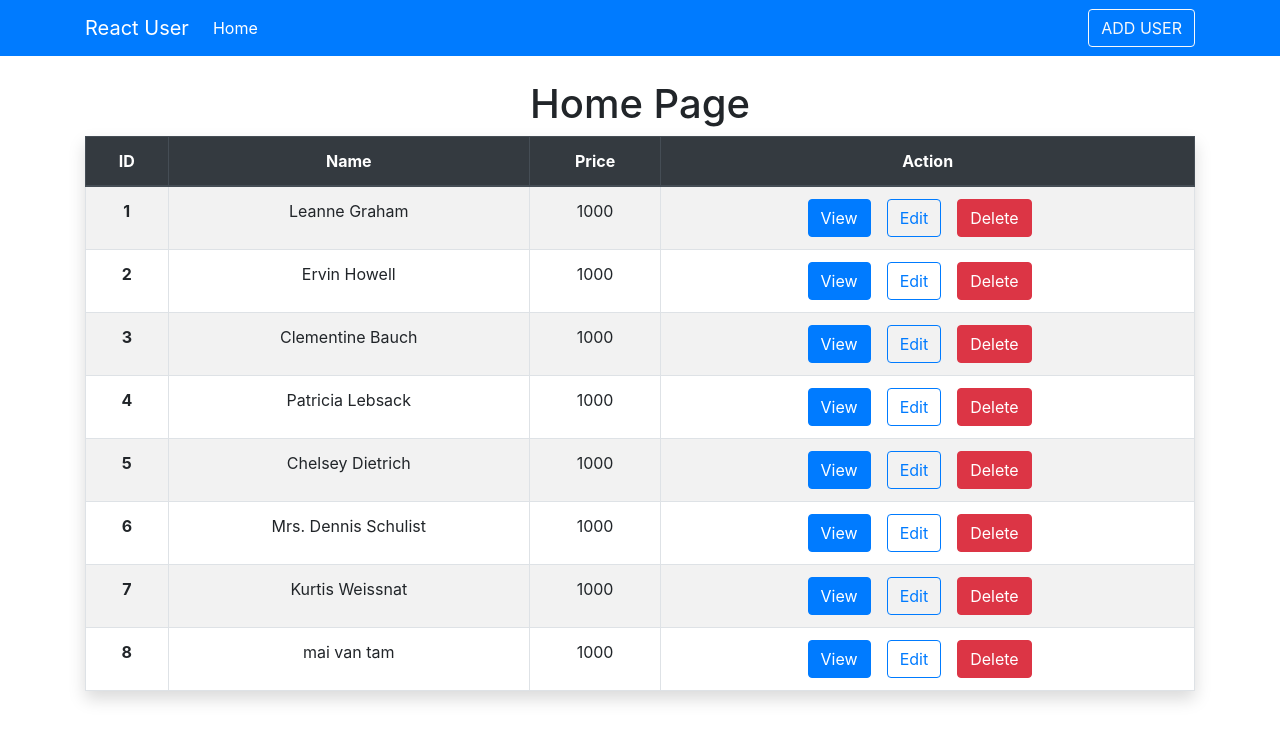
Repository: tammv/crud_product
Page: /
An editor plug-in stored every save of this project. The page is shown before and after the next save, followed by the edit.
The browser window is 1280 px wide. The pictures show the whole page.
The page's requests for data from a server got no answer. The project was rebuilt for these pictures with package versions that can differ from the ones it lists, and the page was loaded fresh each time. No one was signed in, and anything a server would have sent is missing. Requests to the local data server were answered from the project's data file. Also part of the build but not shown: src/index.css, src/components/pages/NotFound.js, src/components/users/AddUser.js, src/components/users/UpdateUser.js, src/components/users/User.js.

Above is the page before, as saved 2023-07-09 22:13:46.

### src/App.js
import "./App.css";
import React from "react";
import "../node_modules/bootstrap/dist/css/bootstrap.css";
import Home from "./components/pages/Home";
import Navbar from "./components/layout/Navbar";
import { BrowserRouter as Router, Route, Routes } from "react-router-dom";
import NotFound from "./components/pages/NotFound";
import AddUser from "./components/users/AddUser";
import UpdateUser from "./components/users/UpdateUser";
import User from "./components/users/User";

function App(props) {
  return (
    <Router>
      <div className="App">
        <Navbar />

        <Routes>
          <Route exact path="/" element={<Home />} />
          <Route exact path="/users/add" element={<AddUser />} />
          <Route exact path="/users/update/:id" element={<UpdateUser />} />
          <Route exact path="/users/:id" element={<User />}></Route>
          <Route component={NotFound} />
        </Routes>
      </div>
    </Router>
  );
}
export default App;

### src/components/pages/Home.js
import React, { useState, useEffect } from "react";
import axios from "axios";
import { Link } from "react-router-dom";

const Home = () => {
  const [users, setUser] = useState([]);

  useEffect(() => {
    loadUsers();
  }, []);

  const loadUsers = async () => {
    const result = await axios.get("http://localhost:3003/users");
    // console.log(result);
    setUser(result.data);
  };

  const deleteUser = async (id) => {
    await axios.delete(`http://localhost:3003/users/${id}`);
    loadUsers();
  };

  return (
    <div className="container">
      <div className="py-4">
        <h1>Home Page</h1>

        <table class="table table-bordered table-striped shadow">
          <thead class="thead-dark">
            <tr>
              <th scope="col">ID</th>
              <th scope="col">Name</th>
              <th scope="col">Price</th>
              <th scope="col">Action</th>
            </tr>
          </thead>
          <tbody>
            {users.map((user, index) => (
              <tr>
                <th scope="row">{index + 1}</th>
                <td>{user.name}</td>
                <td>{user.price}</td>
                <td>
                  <Link className="btn btn-primary mr-3" to={`/users/${user.id}`}>
                    View
                  </Link>
                  <Link className="btn btn-outline-primary mr-3" to={`/users/update/${user.id}`}>
                    Edit
                  </Link>
                  <Link className="btn btn-danger mr-3" onClick={() => deleteUser(user.id)}>
                    Delete
                  </Link>
                </td>
              </tr>
            ))}
          </tbody>
        </table>
      </div>
    </div>
  );
};

export default Home;

### src/components/layout/Navbar.js
import React from "react";
import { Link, NavLink } from "react-router-dom";

const Navbar = () => {
  return (
    <nav className="navbar navbar-expand-lg navbar-dark bg-primary">
      <div className="container">
        <Link className="navbar-brand" to="#">
          React User
        </Link>
        <button
          className="navbar-toggler"
          type="button"
          data-toggle="collapse"
          data-target="#navbarSupportedContent"
          aria-controls="navbarSupportedContent"
          aria-expanded="false"
          aria-label="Toggle navigation"
        >
          <span className="navbar-toggler-icon"></span>
        </button>

        <div className="collapse navbar-collapse">
          <ul className="navbar-nav mr-auto">
            <li className="nav-item ">
              <NavLink className="nav-link" exact to="/">
                Home
              </NavLink>
            </li>
          </ul>
        </div>

        <Link className="btn btn-outline-light" to="/users/add">
          ADD USER
        </Link>
      </div>
    </nav>
  );
};

export default Navbar;

### db.json
{
  "users": [
    {
      "id": 1,
      "name": "Leanne Graham",
      "price": "1000"
    },
    {
      "id": 2,
      "name": "Ervin Howell",
      "price": "1000"
    },
    {
      "id": 3,
      "name": "Clementine Bauch",
      "price": "1000"
    },
    {
      "id": 4,
      "name": "Patricia Lebsack",
      "price": "1000"
    },
    {
      "id": 5,
      "name": "Chelsey Dietrich",
      "price": "1000"
    },
    {
      "id": 6,
      "name": "Mrs. Dennis Schulist",
      "price": "1000"
    },
    {
      "id": 7,
      "name": "Kurtis Weissnat",
      "price": "1000"
    },
    { "id": 8, "name": "mai van tam", "price": "1000" }
  ]
}

Loaded but not shown: public/index.html (common file); src/index.js (common file); src/reportWebVitals.js (common file); src/App.css (common file)

After the next save:
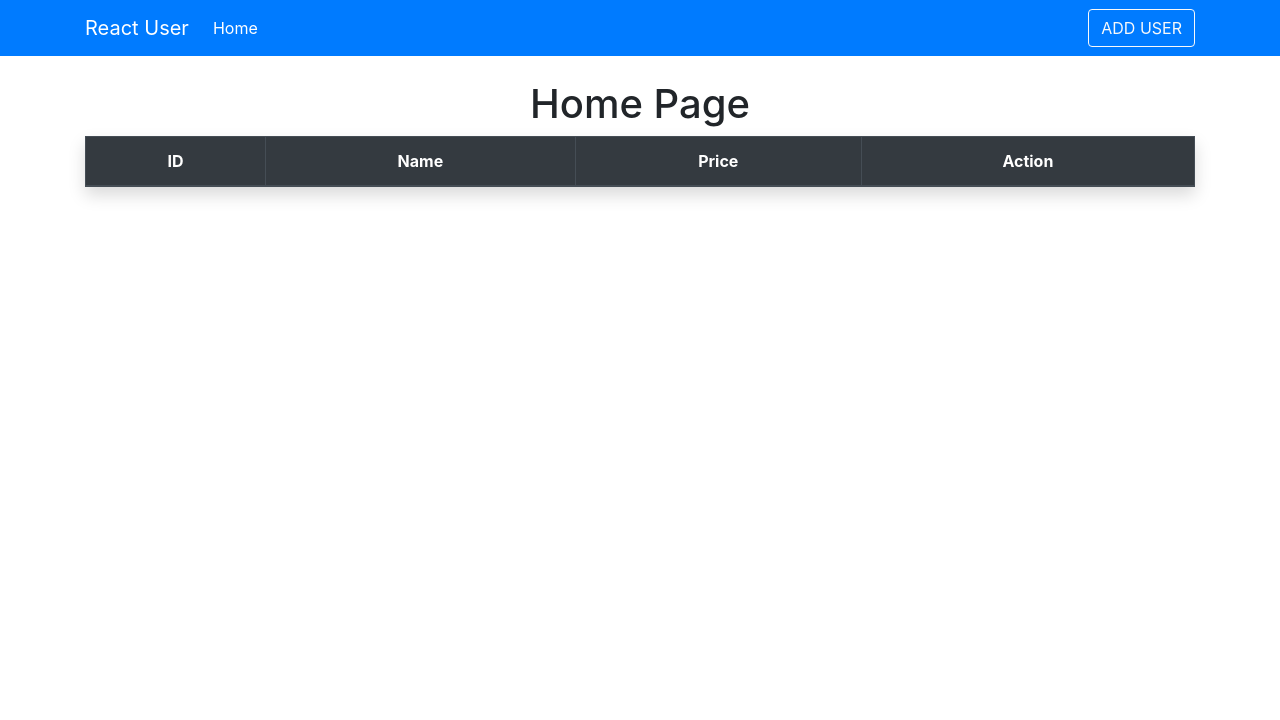
Saved 19 s later.
--- a/db.json
+++ b/db.json
@@ -1,5 +1,5 @@
 {
-  "users": [
+  "products": [
     {
       "id": 1,
       "name": "Leanne Graham",
@@ -35,6 +35,15 @@
       "name": "Kurtis Weissnat",
       "price": "1000"
     },
-    { "id": 8, "name": "mai van tam", "price": "1000" }
+    {
+      "id": 8,
+      "name": "mai van tam",
+      "price": "1000"
+    },
+    {
+      "name": "kaido",
+      "price": "8000",
+      "id": 9
+    }
   ]
 }
